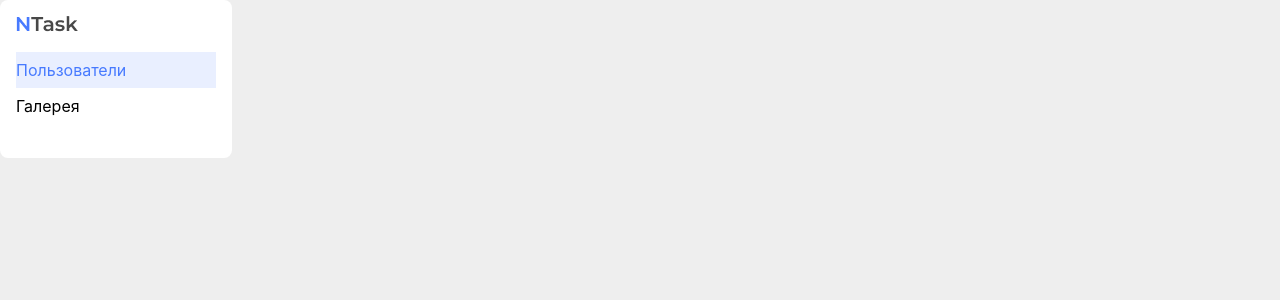
Repository: Grid-Master/NTask
Page: /
The author's editor kept a copy of each file at every save. The page is drawn from the files as they stood at one save, then again after the next save.
The browser window is 1280 px wide. The pictures show the whole page.
The project was rebuilt for these pictures with package versions that can differ from the ones it lists, and the page was loaded fresh each time.

Above is the page before, as saved 2023-06-02 15:26:52.

After the next save:
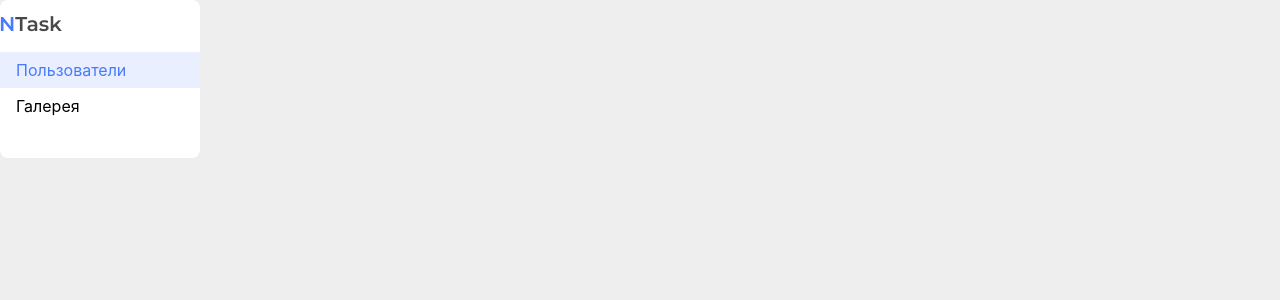
Saved 27 s later.
--- a/src/components/navabar/navbar.sass
+++ b/src/components/navabar/navbar.sass
@@ -3,11 +3,10 @@
     height: 158px
     background: #FFFFFF
     border-radius: 8px
-    padding: 0 16px
     &__imagecontainer
         padding: 16px 0
     &__item
-        padding: 8px 0
+        padding: 8px 16px
     &__active
         background: #E9EFFF
         color: #477AFF
